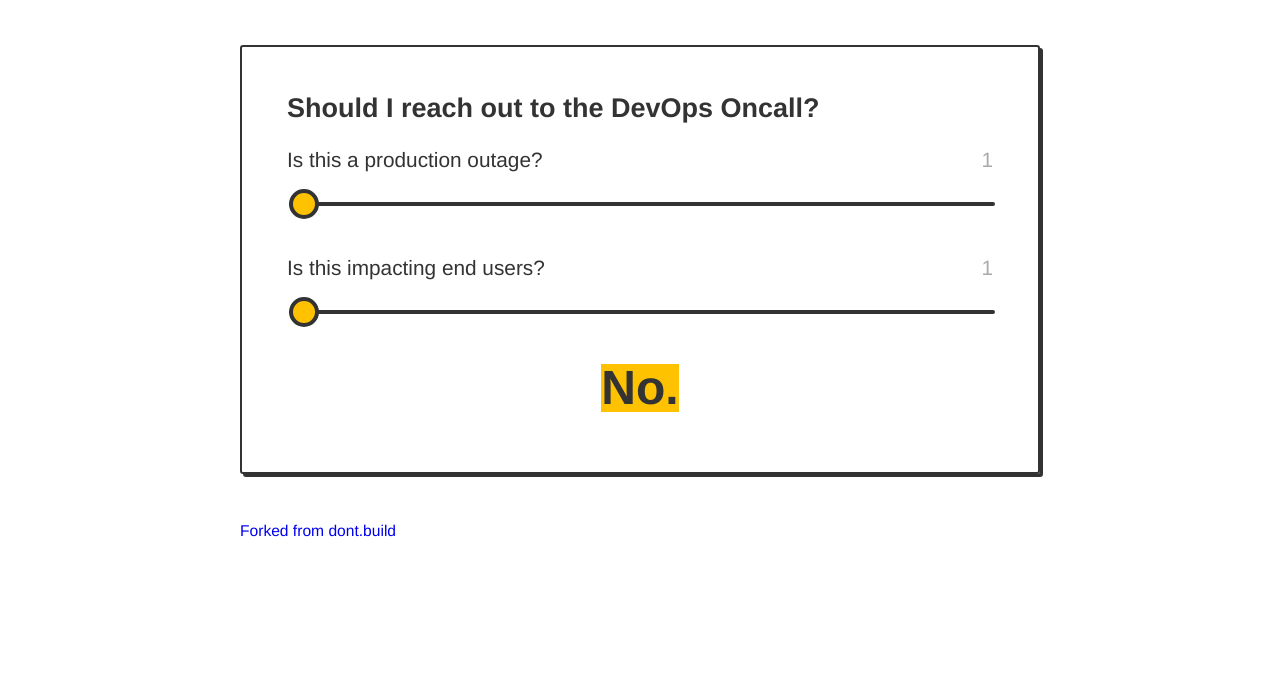
Repository: harishbsrinivas/dont.call
Page: index.html
These files come from the project's save history. The page is drawn as it stood at one moment and after the next save; the edit follows.
The browser window is 1280 px wide. The pictures show the whole page.

Above is the page before, as saved 2022-12-03 18:53:49.

### index.html
<!DOCTYPE html>
<html lang="en-US">

<head>
    <meta charset="utf-8" />
    <title>Should I reach out to the DevOps oncall?</title>
    <meta name="description"
        content="A simple, opinionated decision system to help decide whether to reach out to the Devops oncall?" />
    <link rel="shortcut icon" href="https://dont.build/favicon.png" />
    <meta property="og:image" content="https://dont.build/thumb.png">
    <meta name="viewport" content="width=device-width, initial-scale=1" />
    <link href="style.css?v=2" rel="stylesheet" type="text/css" />
</head>

<body>

    <div class="container">
        <section class="box">
            <h1 class="title">Should I reach out to the DevOps Oncall?</h1>
            <br />
            <form class="form">
                <fieldset class="p-outage">
                    <span class="value"></span>
                    <label>Is this a production outage?</label>
                    <input type="range" min="1" max="2" step="1" value="1" />
                </fieldset>
                <fieldset class="p-error">
                    <span class="value"></span>
                    <label>Is this impacting end users?</label>
                    <input type="range" min="1" max="3" step="1" value="1" />
                </fieldset>
            </form>
            <h1 class="answer">
                <span><span class="bool"></span><span class="percent"></span></span>
            </h1>
        </section>

        <noscript>
            <h1>This page requires Javascript to function.</h1>
        </noscript>

        <footer><a href="https://github.com/knadh/dont.build">Forked from dont.build</a>
        </footer>
    </div>


    <script>
        (function () {
            const params = [
                { weight: 1, value: 1, negative: false, name: 'p-outage', },
                { weight: 2, value: 1, negative: false, name: 'p-error', },
            ]

            params.forEach((p, n) => {
                let net = 0;
                const inp = document.querySelector(`.${p.name} input`);

                inp.value = p.value;
                inp.oninput = (e) => {
                    const val = parseFloat(e.target.value, 64);
                    document.querySelector(`.${p.name} .value`).innerText = val;
                    p.value = val;

                    // Sum all weighted params.
                    const sum = params.reduce((prev, pm) => {
                        let v = pm.value;
                        if (pm.negative) {
                            v = 10 - v;
                        }

                        return prev + (v / 10 * pm.weight);
                    }, 0);

                    // Display the results.
                    // document.querySelector(".answer .percent").innerText = `${(sum * 100).toFixed(0)}%`;

                    let b = 'Yes';
                    if (sum < 0.5 && sum > 0.46) {
                        b = `No, but a close call.`;
                    } else if (sum < 0.48) {
                        b = `No.`;
                    } else if (sum > 0.5 && sum < 0.54) {
                        b = `Yes, but a close call.`;
                    } else if (sum === 0.5) {
                        b = '50-50. Go with the gut.';
                    }
                    document.querySelector(".answer .bool").innerText = b;
                };

                inp.dispatchEvent(new Event('input'));
            });
        })();
    </script>

</body>

</html>

### style.css
:root {
    --primary: #ffc200;
    --secondary: #333;
}

* {
    box-sizing: border-box;
}

html, body {
    margin: 0;
}

body {
    font-family: 'Helvetica Neue', 'Segoe UI', Arial, sans-serif;
    font-size: 18px;
    line-height: 24px;
    color: var(--secondary);
    height: 100%;
    margin: 0;
    padding: 0;
}

h1, h2, h3 {
  line-height: 2rem;
}

a {
    text-decoration: none;
}

p {
  color: #666;
}

fieldset {
  padding: 0;
  margin: 0;
  border: 0;
}

input[type="range"] {
  -webkit-appearance: none;
  width: 100%;
  height: 4px;
  background: var(--secondary);
  border-radius: 3px;
}

input[type="range"]::-webkit-slider-thumb {
  -webkit-appearance: none;
  background: var(--primary);
  height: 30px;
  width: 30px;
  border-radius: 50%;
  cursor: pointer;
  border: 4px solid var(--secondary);
}

input[type="range"]::-moz-range-thumb {
  background: var(--primary);
  border-radius: 100%;
  height: 20px;
  width: 20px;
  cursor: pointer;
  border: 4px solid var(--secondary);
}

input[type=range]::-webkit-slider-runnable-track  {
  -webkit-appearance: none;
  box-shadow: none;
  border: none;
  background: transparent;
}


button {
    background: var(--primary);
    cursor: pointer;
    border-color: #000;
    padding: 10px 30px;
}
    button:hover {
        background: #aaa;
    }

.container {
    max-width: 800px;
    margin: 45px auto 30px auto;
}
.box {
    padding: 30px 45px;
    border: 1px solid #ddd;
    border-radius: 3px;
    border: 2px solid var(--secondary);
    box-shadow: 3px 3px 0px var(--secondary);
    margin-bottom: 45px;
}

.container .title {
  margin: 15px 0 0px 0;
}

.help {
  margin-top: 5px;
}

.form {
  clear: both;
}
.form fieldset {
  font-size: 1.3rem;
  margin-bottom: 45px;
}
  .form label {
    display: block;
    margin-bottom: 15px;
  }
  .form .value, .help {
    float: right;
    color: #aaa;
  }

.answer {
  text-align: center;
  margin: 30px 0;
  font-size: 3rem;
  line-height: 3rem;
}
  .answer span {
    display: inline-block;
    background: var(--primary);
  }

footer {
  margin: 30px auto;
  color: #999;
  font-size: 0.975rem;
}

@media (max-width: 800px) {
  .container {
    max-width: none;
    margin: 20px 30px 20px 20px;
    padding: 0;
  }
  .box {
    padding: 0;
    border: 0;
    box-shadow: none;
  }
  .help {
    float: none;
  }
  .form label {
    float: left;
    max-width: 90%;
  }
}


@media (max-width: 400px) {
  .form label {
    max-width: 70%;
  }
}

After the next save:
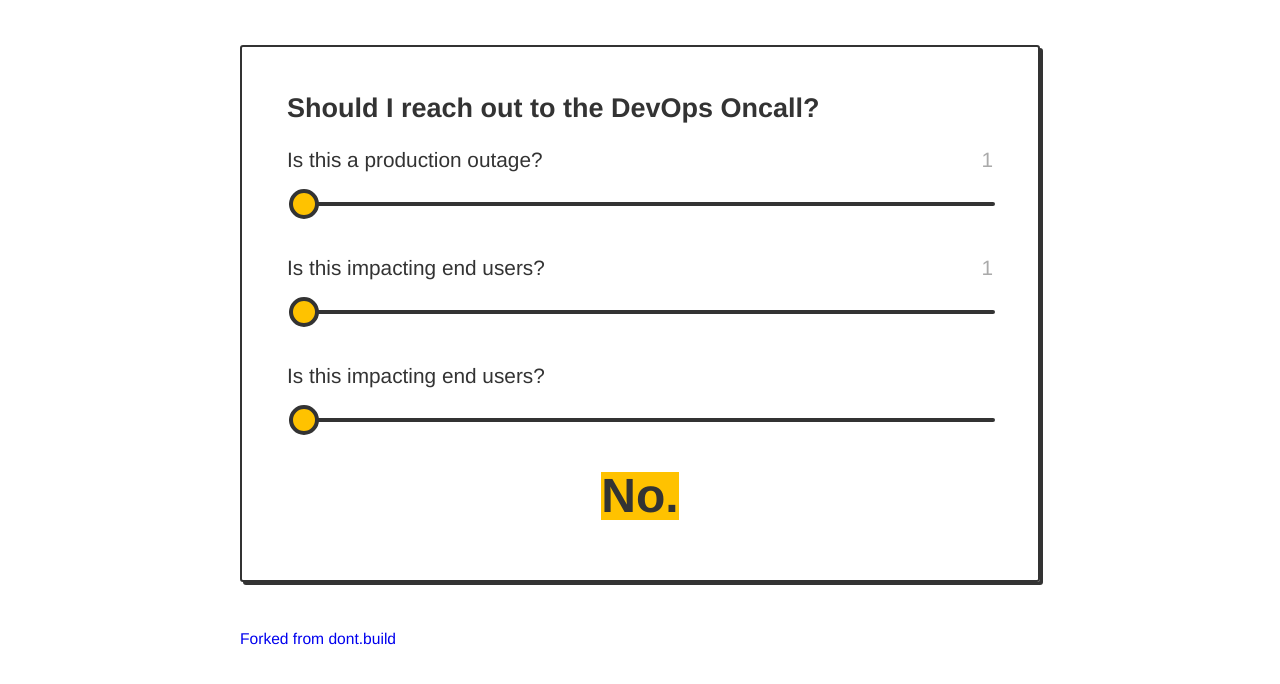
Saved 25 s later.
--- a/index.html
+++ b/index.html
@@ -23,6 +23,11 @@
                     <span class="value"></span>
                     <label>Is this a production outage?</label>
                     <input type="range" min="1" max="2" step="1" value="1" />
+                </fieldset>
+                <fieldset class="p-error">
+                    <span class="value"></span>
+                    <label>Is this impacting end users?</label>
+                    <input type="range" min="1" max="3" step="1" value="1" />
                 </fieldset>
                 <fieldset class="p-error">
                     <span class="value"></span>
